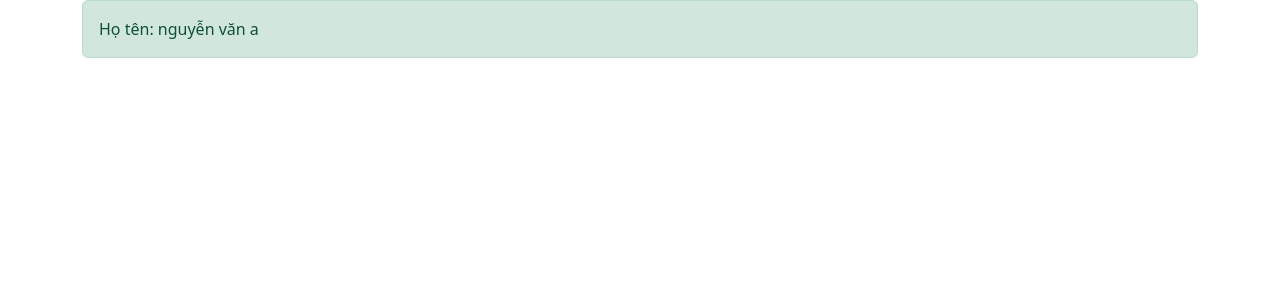
Repository: hcozyph/CyberSoft_Bai_Tap_Tren_Lop
Page: AJAX/AJAX_BASIC/index.html
The author's editor kept a copy of each file at every save. The page is drawn from the files as they stood at one save, then again after the next save.
The browser window is 1280 px wide. The pictures show the whole page.
Some web libraries are served in a nearby version.

Above is the page before, as saved 2023-03-05 11:25:25.

### AJAX/AJAX_BASIC/index.html
<!DOCTYPE html>
<html lang="en">
    <head>
        <title>Basic AJAX</title>
        <!-- Required meta tags -->
        <meta charset="utf-8" />
        <meta
            name="viewport"
            content="width=device-width, initial-scale=1, shrink-to-fit=no"
        />

        <!-- Bootstrap CSS v5.2.1 -->
        <link
            href="https://cdn.jsdelivr.net/npm/bootstrap@5.2.1/dist/css/bootstrap.min.css"
            rel="stylesheet"
            integrity="sha384-iYQeCzEYFbKjA/T2uDLTpkwGzCiq6soy8tYaI1GyVh/UjpbCx/TYkiZhlZB6+fzT"
            crossorigin="anonymous"
        />
    </head>

    <body>
        <div class="container">
            <div id="content" class="alert alert-success"></div>
        </div>

        <!----- LIBRARY ----->
        <!-- Bootstrap JavaScript Libraries -->
        <script
            src="https://cdn.jsdelivr.net/npm/@popperjs/core@2.11.6/dist/umd/popper.min.js"
            integrity="sha384-oBqDVmMz9ATKxIep9tiCxS/Z9fNfEXiDAYTujMAeBAsjFuCZSmKbSSUnQlmh/jp3"
            crossorigin="anonymous"
        ></script>

        <script
            src="https://cdn.jsdelivr.net/npm/bootstrap@5.2.1/dist/js/bootstrap.min.js"
            integrity="sha384-7VPbUDkoPSGFnVtYi0QogXtr74QeVeeIs99Qfg5YCF+TidwNdjvaKZX19NZ/e6oz"
            crossorigin="anonymous"
        ></script>

        <script
            src="https://cdnjs.cloudflare.com/ajax/libs/axios/1.3.4/axios.min.js"
            integrity="sha512-LUKzDoJKOLqnxGWWIBM4lzRBlxcva2ZTztO8bTcWPmDSpkErWx0bSP4pdsjNH8kiHAUPaT06UXcb+vOEZH+HpQ=="
            crossorigin="anonymous"
            referrerpolicy="no-referrer"
        ></script>

        <!-- index.js -->
        <script src="./JS/index.js"></script>
    </body>
</html>

### AJAX/AJAX_BASIC/JS/index.js
console.log(axios)

function readDataText() {

    var promise = axios({
        url: "../data/data.txt",//đường dẫn đi đến file hoặc 1 link (api) do backend cung cấp
        method: "GET",//Phương thức do backend cung cấp hoặc đọc file là GET
        responseType: "text",
    });

    //Thành công
    promise.then(function (result) {
        //Hàm này sẽ tự gọi khi axious thực hieejnh lệnh đọc thành công
        console.log(result.data)

        //Đưa dữ liệu lên giao diện
        document.getElementById('content').innerHTML = `Họ tên: ${result.data}`;
    });

    //Thất bại
    // promise.catch(function (err) {
    //     console.log(err);
    //     //console.error(err);
    // })
}

readDataText();


// function renderXMLData() {

//     var promise = axios({
//         url: '../data/data.xml',
//         method: 'GET',
//         responseType: 'document'
//     });

//     //Thành công
//     promise.then(function (res) {
//         console.log(res.data)
//     });

//     //Thất bại
//     promise.catch(function (err) {
//         console.log(err);
//     })
// }
// renderXMLData;

After the next save:
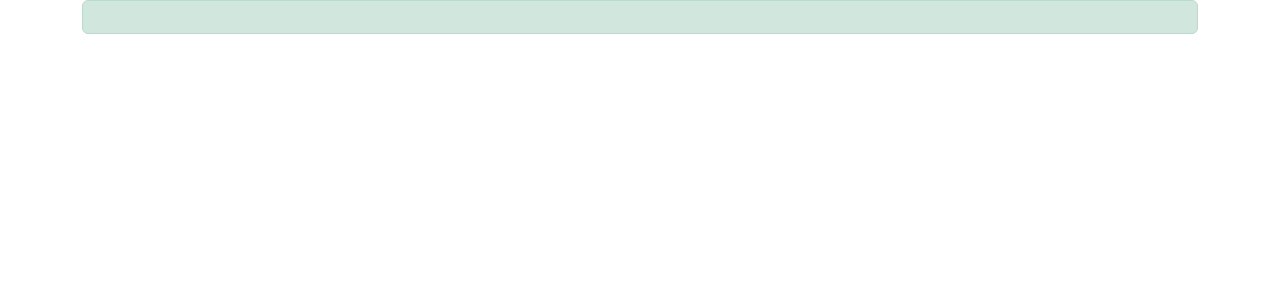
Console error: SyntaxError: Unexpected identifier 'bại'
Saved 84 s later.
--- a/AJAX/AJAX_BASIC/JS/index.js
+++ b/AJAX/AJAX_BASIC/JS/index.js
@@ -17,32 +17,32 @@
         document.getElementById('content').innerHTML = `Họ tên: ${result.data}`;
     });
 
-    //Thất bại
-    // promise.catch(function (err) {
-    //     console.log(err);
-    //     //console.error(err);
-    // })
+    Thất bại
+    promise.catch(function (err) {
+        console.log(err);
+        //console.error(err);
+    })
 }
 
 readDataText();
 
 
-// function renderXMLData() {
+function renderXMLData() {
 
-//     var promise = axios({
-//         url: '../data/data.xml',
-//         method: 'GET',
-//         responseType: 'document'
-//     });
+    var promise = axios({
+        url: '../data/data.xml',
+        method: 'GET',
+        responseType: 'document'
+    });
 
-//     //Thành công
-//     promise.then(function (res) {
-//         console.log(res.data)
-//     });
+    //Thành công
+    promise.then(function (res) {
+        console.log(res.data)
+    });
 
-//     //Thất bại
-//     promise.catch(function (err) {
-//         console.log(err);
-//     })
-// }
-// renderXMLData;
+    //Thất bại
+    promise.catch(function (err) {
+        console.log(err);
+    })
+}
+renderXMLData;

After the save that followed:
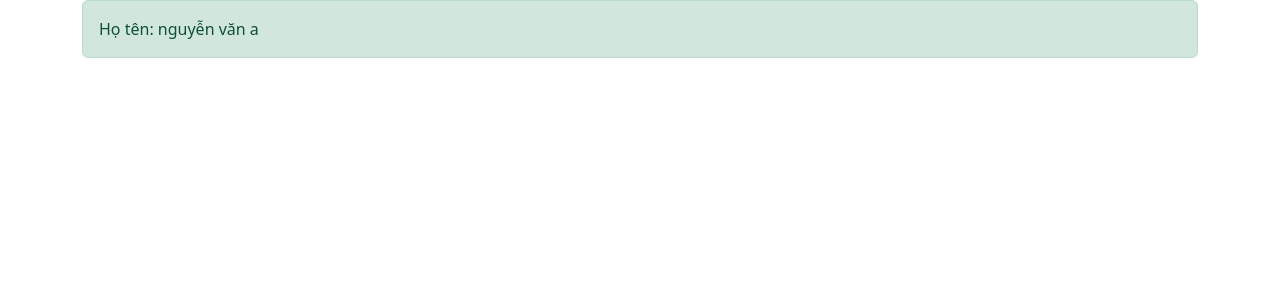
The error is gone.
Saved 10 s later.
--- a/AJAX/AJAX_BASIC/JS/index.js
+++ b/AJAX/AJAX_BASIC/JS/index.js
@@ -17,7 +17,7 @@
         document.getElementById('content').innerHTML = `Họ tên: ${result.data}`;
     });
 
-    Thất bại
+    //Thất bại
     promise.catch(function (err) {
         console.log(err);
         //console.error(err);
